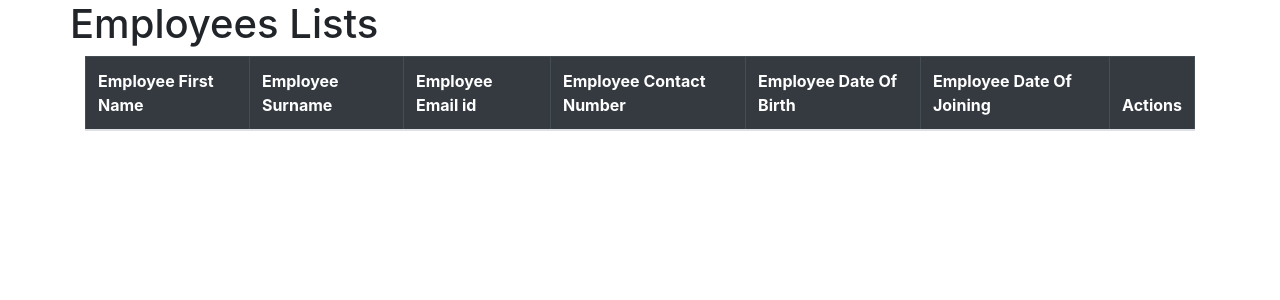
Repository: smrutiranjan-84/Assignment
Page: http://localhost/employees
An editor plug-in stored every save of this project. The page is shown before and after the next save, followed by the edit.
The browser window is 1280 px wide. The pictures show the whole page.
The page is this project's Thymeleaf template; nobody is signed in. The template is opened directly, without the code that normally fills it, so the values that code supplies are empty.

Above is the page before, as saved 2022-01-18 18:44:37.

After the next save:
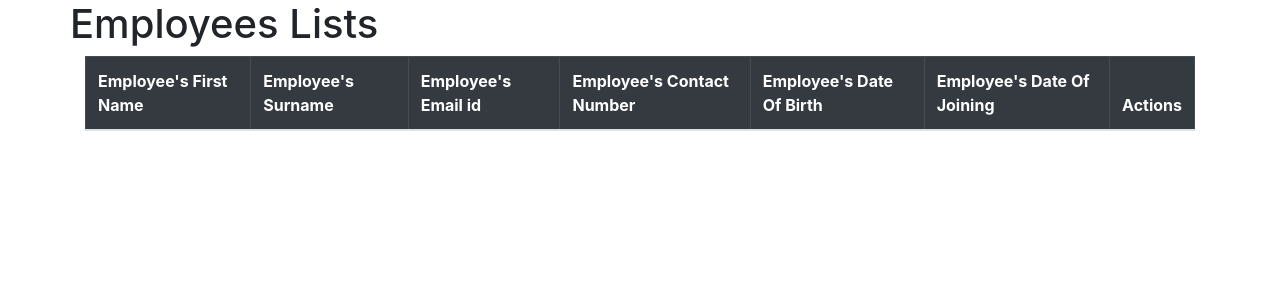
Saved 4 min 57 s later.
--- a/EmployeeApplication/src/main/resources/templates/employees.html
+++ b/EmployeeApplication/src/main/resources/templates/employees.html
@@ -16,12 +16,12 @@ crossorigin="anonymous">
               <thead class= "table-dark">
 
                       <tr>
-                          <th> Employee First Name </th>
-                          <th> Employee Surname </th>
-                          <th> Employee Email id </th>
-                          <th> Employee Contact Number </th>
-                          <th> Employee Date Of Birth </th>
-                          <th> Employee Date Of Joining </th>
+                          <th> Employee's First Name </th>
+                          <th> Employee's Surname </th>
+                          <th> Employee's Email id </th>
+                          <th> Employee's Contact Number </th>
+                          <th> Employee's Date Of Birth </th>
+                          <th> Employee's Date Of Joining </th>
                           <th> Actions </th>
 
                      </tr>
